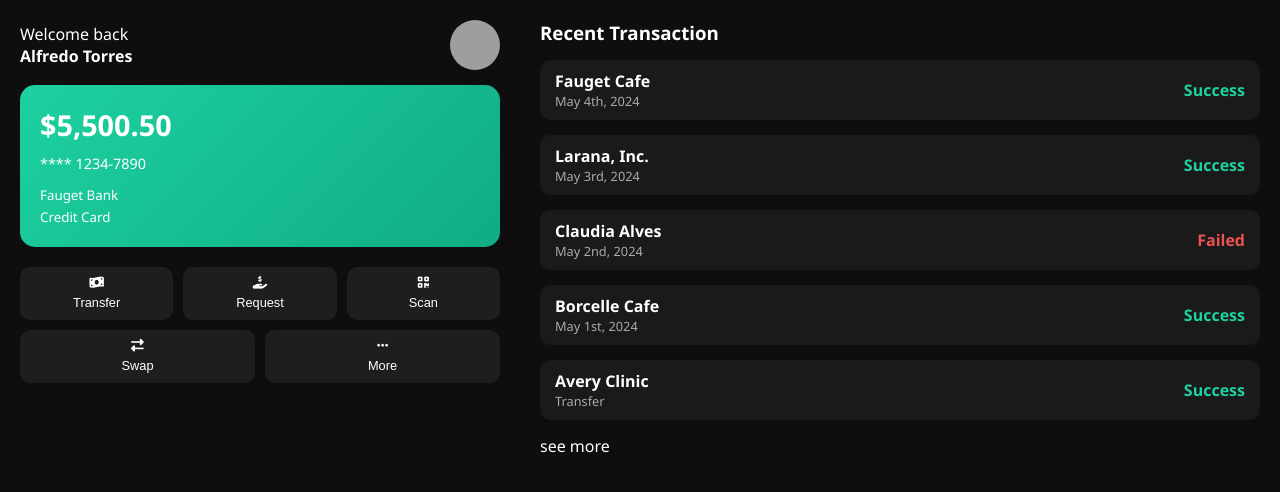
Repository: trenzyfx1/Wells-fargo-bank
Page: homepage.html
An editor plug-in stored every save of this project. The page is shown before and after the next save, followed by the edit.
The browser window is 1280 px wide. The pictures show the whole page.
Pictures or frames that could not be fetched are drawn as grey boxes. Some web libraries are served in a nearby version.

Above is the page before, as saved 2025-06-19 18:54:46.

### homepage.html
<!DOCTYPE html>
<html lang="en">

<head>
    <meta charset="UTF-8" />
    <meta name="viewport" content="width=device-width, initial-scale=1.0" />
    <title>Dashboard</title>
    <link rel="stylesheet" href="./CSS/homepage.css">
    <script src="https://kit.fontawesome.com/a2e8f1a1b0.js" crossorigin="anonymous"></script>
</head>

<body>
    <div class="dashboard">
        <!-- RIGHT (Profile, Balance, Actions) -->
        <div class="right-panel">
            <div class="profile">
                <p>Welcome back<br><strong>Alfredo Torres</strong></p>
                <img src="profile.jpg" alt="User" />
            </div>

            <div class="balance-card">
                <p class="balance">$5,500.50</p>
                <p class="card-info">**** 1234-7890</p>
                <small>Fauget Bank<br>Credit Card</small>
            </div>

            <div class="actions">
                <button><i class="fas fa-money-bill-wave"></i><span>Transfer</span></button>
                <button><i class="fas fa-hand-holding-usd"></i><span>Request</span></button>
                <button><i class="fas fa-qrcode"></i><span>Scan</span></button>
                <button><i class="fas fa-exchange-alt"></i><span>Swap</span></button>
                <button><i class="fas fa-ellipsis-h"></i><span>More</span></button>
            </div>
        </div>

        <!-- LEFT (Transactions) -->
        <div class="left-panel">
            <!-- <div class="search-bar">
                <input type="text" placeholder="Search here">
                <button><i class="fas fa-search"></i></button>
            </div> -->

            <div class="transactions">
                <h3>Recent Transaction</h3>
                <div class="transaction">
                    <div>
                        <strong>Fauget Cafe</strong>
                        <p>May 4th, 2024</p>
                    </div>
                    <span class="success">Success</span>
                </div>
                <div class="transaction">
                    <div>
                        <strong>Larana, Inc.</strong>
                        <p>May 3rd, 2024</p>
                    </div>
                    <span class="success">Success</span>
                </div>
                <div class="transaction">
                    <div>
                        <strong>Claudia Alves</strong>
                        <p>May 2nd, 2024</p>
                    </div>
                    <span class="failed">Failed</span>
                </div>
                <div class="transaction">
                    <div>
                        <strong>Borcelle Cafe</strong>
                        <p>May 1st, 2024</p>
                    </div>
                    <span class="success">Success</span>
                </div>
                <div class="transaction">
                    <div>
                        <strong>Avery Clinic</strong>
                        <p>Transfer</p>
                    </div>
                    <span class="success">Success</span>
                </div>
                <p>see more</p>
            </div>
        </div>
    </div>


</body>

</html>

### CSS/homepage.css
* {
    margin: 0;
    padding: 0;
    box-sizing: border-box;
}

body {
    font-family: 'Segoe UI', sans-serif;
    background: #0e0e0e;
    color: white;
}

.dashboard {
    display: flex;
    flex-direction: column;
    gap: 20px;
    padding: 20px;
}

.profile {
    display: flex;
    justify-content: space-between;
    align-items: center;
}

.profile img {
    width: 50px;
    height: 50px;
    border-radius: 50%;
}

.balance-card {
    background: linear-gradient(135deg, #1dd1a1, #10ac84);
    padding: 20px;
    border-radius: 15px;
    color: #fff;
    margin-top: 15px;
}

.balance-card .balance {
    font-size: 1.8rem;
    font-weight: bold;
}

.card-info {
    margin: 10px 0;
    font-size: 0.9rem;
}

.actions {
    display: flex;
    flex-wrap: wrap;
    gap: 10px;
    margin-top: 20px;
}

.actions button {
    background: #1e1e1e;
    border: none;
    color: #fff;
    padding: 10px;
    border-radius: 10px;
    flex: 1 1 28%;
    display: flex;
    flex-direction: column;
    align-items: center;
    font-size: 0.8rem;
    gap: 5px;
    cursor: pointer;
}

.actions button i {
    font-size: ;
}

.search-bar {
    display: flex;
    margin-bottom: 20px;
}

.search-bar input {
    flex: 1;
    padding: 10px;
    border: none;
    border-radius: 10px 0 0 10px;
    background: #1e1e1e;
    color: white;
}

.search-bar button {
    background: #1e1e1e;
    border: none;
    color: white;
    padding: 10px;
    border-radius: 0 10px 10px 0;
    cursor: pointer;
}

.transactions {
    display: flex;
    flex-direction: column;
    gap: 15px;
}

.transaction {
    background: #1a1a1a;
    padding: 10px 15px;
    border-radius: 10px;
    display: flex;
    justify-content: space-between;
    align-items: center;
}

.transaction p {
    font-size: 0.8rem;
    color: #aaa;
}

.success {
    color: #1dd1a1;
    font-weight: bold;
}

.failed {
    color: #ee5253;
    font-weight: bold;
}

/* Desktop Layout */
@media (min-width: 768px) {
    .dashboard {
        flex-direction: row;
        align-items: flex-start;
        gap: 40px;
    }

    .left-panel {
        flex: 1.5;
    }

    .right-panel {
        flex: 1;
        position: sticky;
        top: 20px;
    }
}

After the next save:
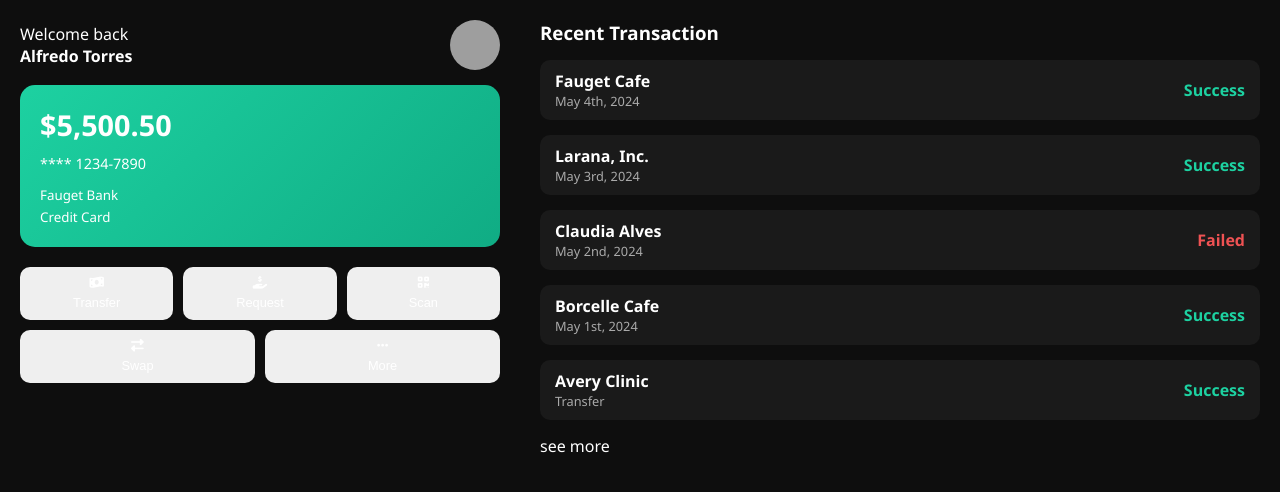
Saved 5 s later.
--- a/CSS/homepage.css
+++ b/CSS/homepage.css
@@ -55,7 +55,7 @@
 }
 
 .actions button {
-    background: #1e1e1e;
+    /* background: #1e1e1e; */
     border: none;
     color: #fff;
     padding: 10px;

After the save that followed:
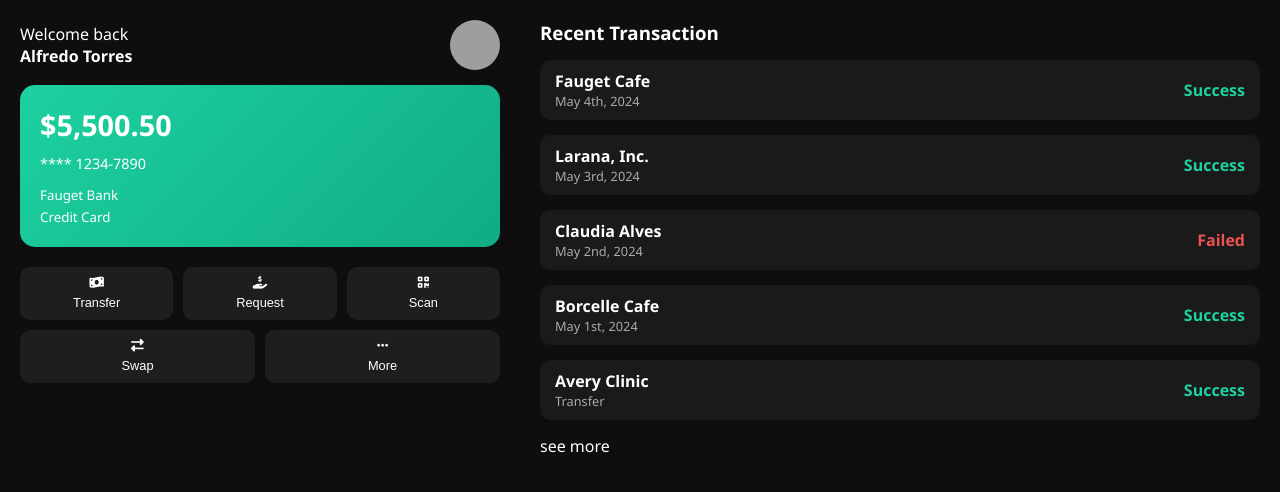
Saved 14 s later.
--- a/CSS/homepage.css
+++ b/CSS/homepage.css
@@ -55,7 +55,7 @@
 }
 
 .actions button {
-    /* background: #1e1e1e; */
+    background: #1e1e1e;
     border: none;
     color: #fff;
     padding: 10px;
